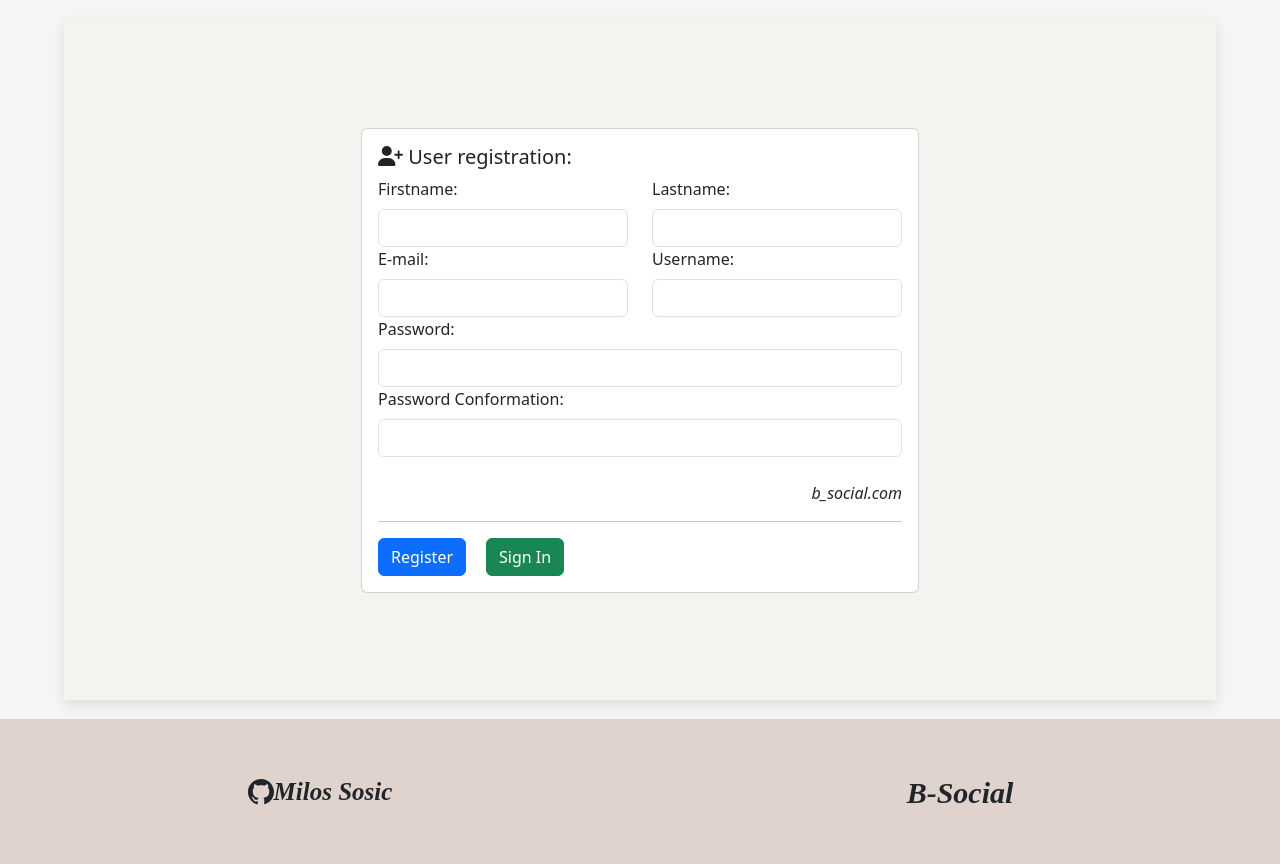
Repository: mcedo1/b-Social-app
Page: /reg
These files come from the project's save history. The page is drawn as it stood at one moment and after a run of saves; the edit follows.
The browser window is 1280 px wide. The pictures show the whole page.
The project was rebuilt for these pictures with package versions that can differ from the ones it lists, and the page was loaded fresh each time. Also part of the build but not shown: src/config/apiconfig.js, src/API/Api.js, src/components/log.reg.component/Login.js, src/components/main.page.component/MainPage.css, src/components/main.page.component/sideBar.js, src/components/submain.component/Submain.css, src/components/submain.component/Comment.js, src/components/submain.component/Modal.js and 5 more.

Above is the page before, as saved 2024-02-03 12:37:44.

After the next 2 saves:
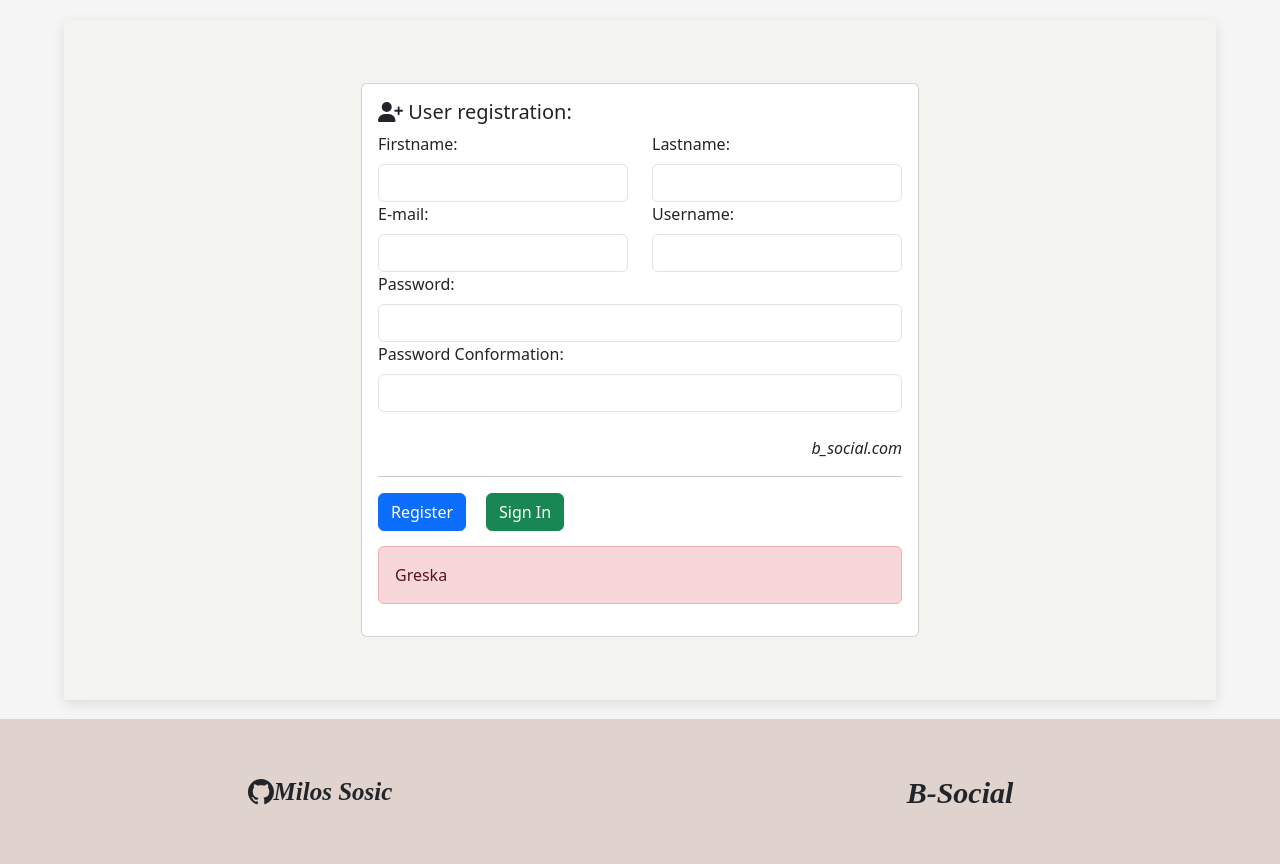
The 2 saves are shown as one change because they came seconds apart.
The last was saved 34 s later.
--- a/src/components/log.reg.component/Registration.js
+++ b/src/components/log.reg.component/Registration.js
@@ -91,7 +91,7 @@
                                     </Button>
                                 </Form.Group>
                             </Form>
-                            <Alert style={{marginTop:'15px'}} variant='danger' className={false ? '' : 'd-none'}>Greska</Alert>
+                            <Alert style={{marginTop:'15px'}} variant='danger' className={regMessage==='' ? '' : 'd-none'}>Greska</Alert>
                         </Card.Body>
                     </Card>
                 </Col>

After the save that followed:
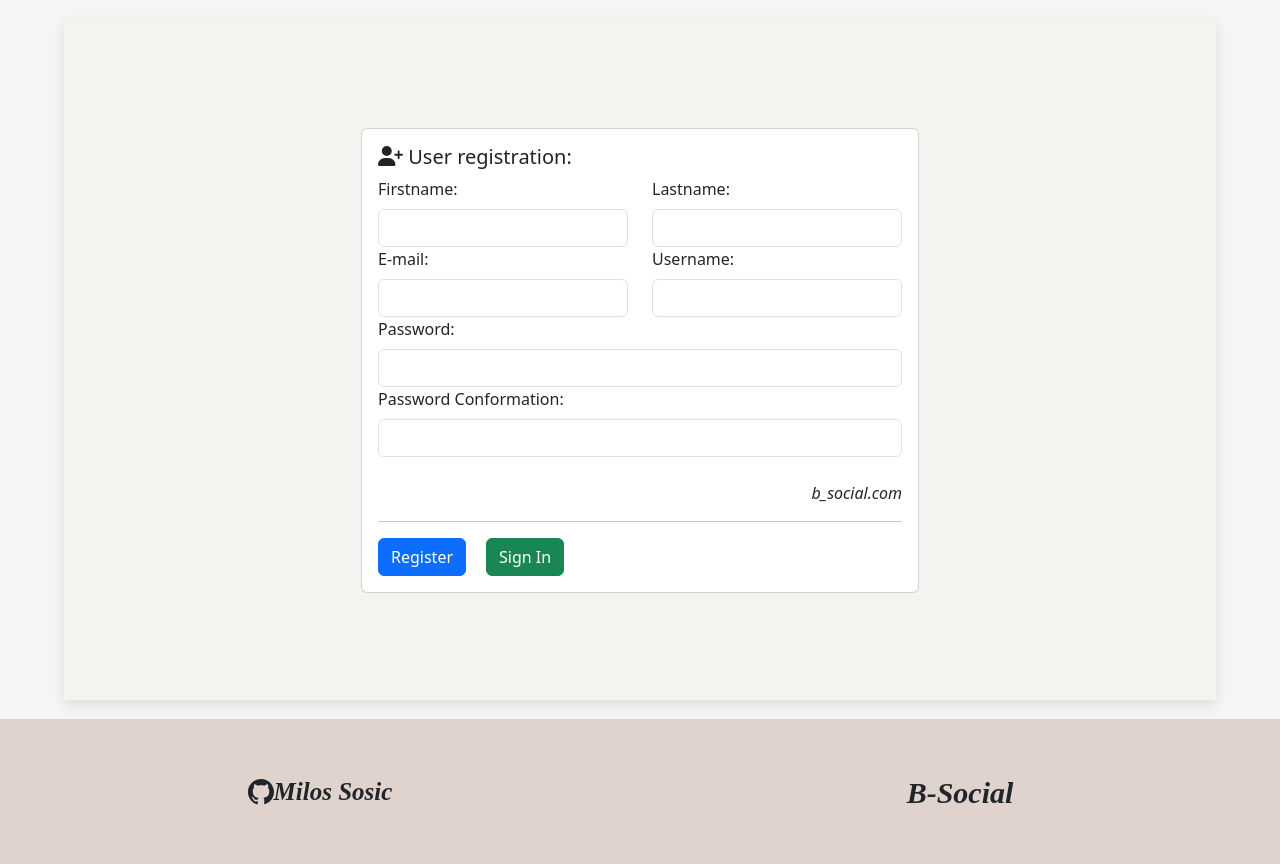
Saved 11 s later.
--- a/src/components/log.reg.component/Registration.js
+++ b/src/components/log.reg.component/Registration.js
@@ -91,7 +91,7 @@
                                     </Button>
                                 </Form.Group>
                             </Form>
-                            <Alert style={{marginTop:'15px'}} variant='danger' className={regMessage==='' ? '' : 'd-none'}>Greska</Alert>
+                            <Alert style={{marginTop:'15px'}} variant='danger' className={regMessage!=='' ? '' : 'd-none'}>Greska</Alert>
                         </Card.Body>
                     </Card>
                 </Col>
